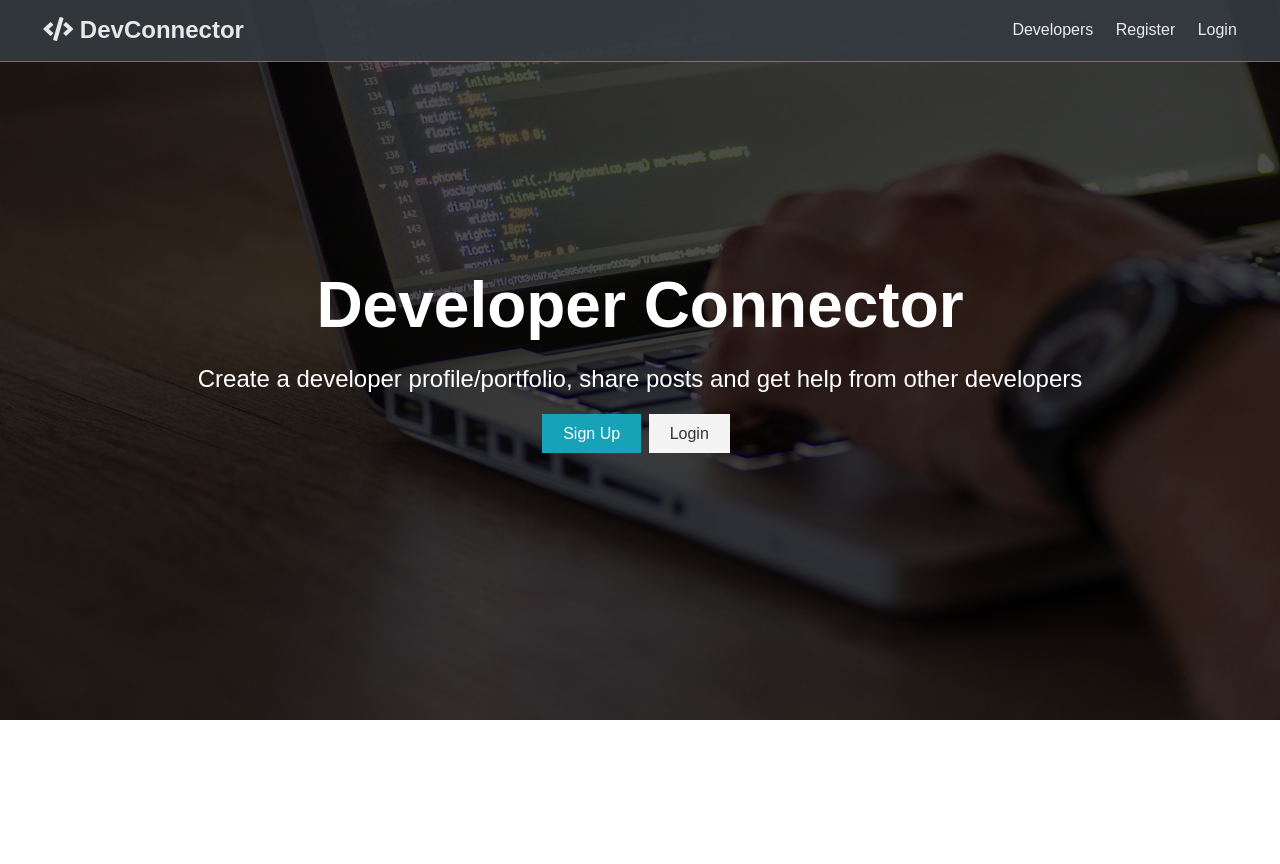
Repository: ErikBaer/devConnector
Page: / (app in client/)
The author's editor kept a copy of each file at every save. The page is drawn from the files as they stood at one save, then again after the next save.
The browser window is 1280 px wide. The pictures show the whole page.
The page's requests for data from a server got no answer. Some web libraries are served in a nearby version. The project was rebuilt for these pictures with package versions that can differ from the ones it lists, and the page was loaded fresh each time. No one was signed in, and anything a server would have sent is missing. Also part of the build but not shown: client/src/components/auth/Register.js, client/src/components/auth/Login.js, client/src/components/layout/Alert.js, client/src/components/layout/Spinner.js, client/src/actions/profile.js, client/src/components/dashboard/DashboardActions.js, client/src/components/dashboard/Experience.js, client/src/components/dashboard/Education.js and 19 more. Imported but missing from the stored project, and not drawn on this page: client/src/components/profiles/ProfileItem.

Above is the page before, as saved 2020-04-20 18:03:44.

After the next save:
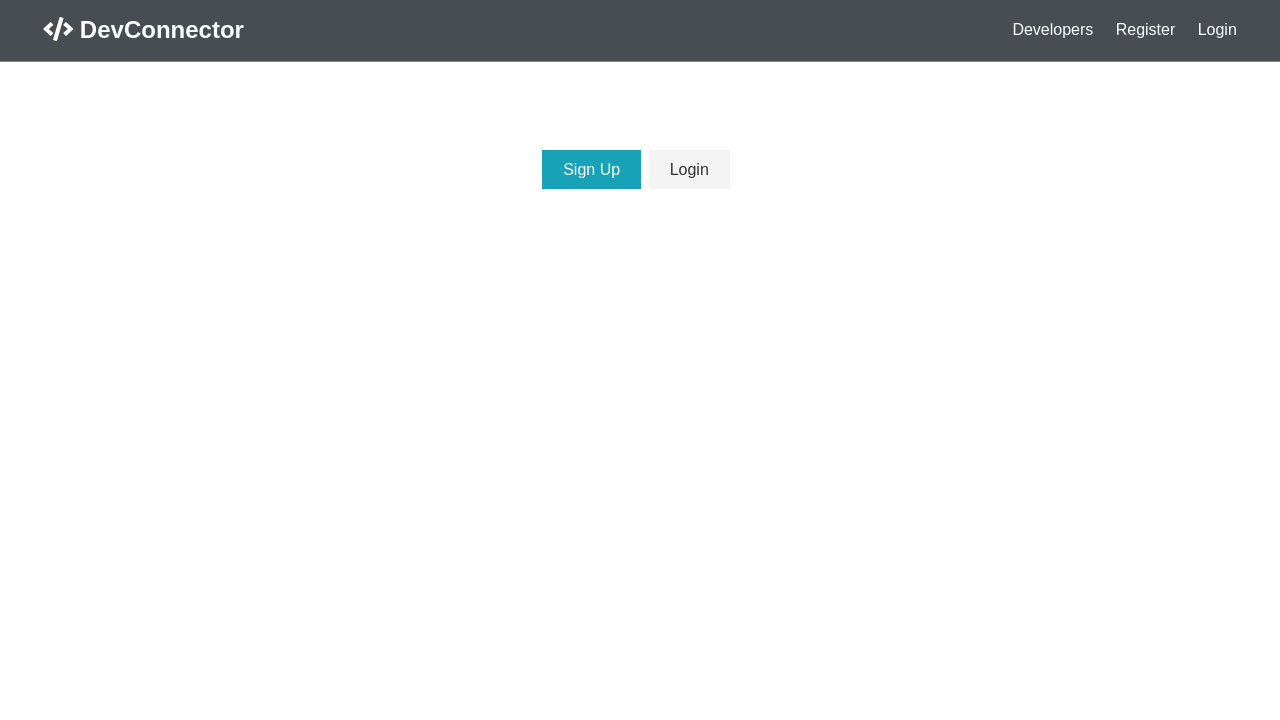
Saved 3 min 23 s later.
--- a/client/src/App.css
+++ b/client/src/App.css
@@ -335,7 +335,7 @@
 .landing {
   position: relative;
   background: url('./img/showcase.jpg') no-repeat center center/cover;
-  height: 100vh;
+  height: 100$;
 }
 
 .landing-inner {

After the 2 saves that followed:
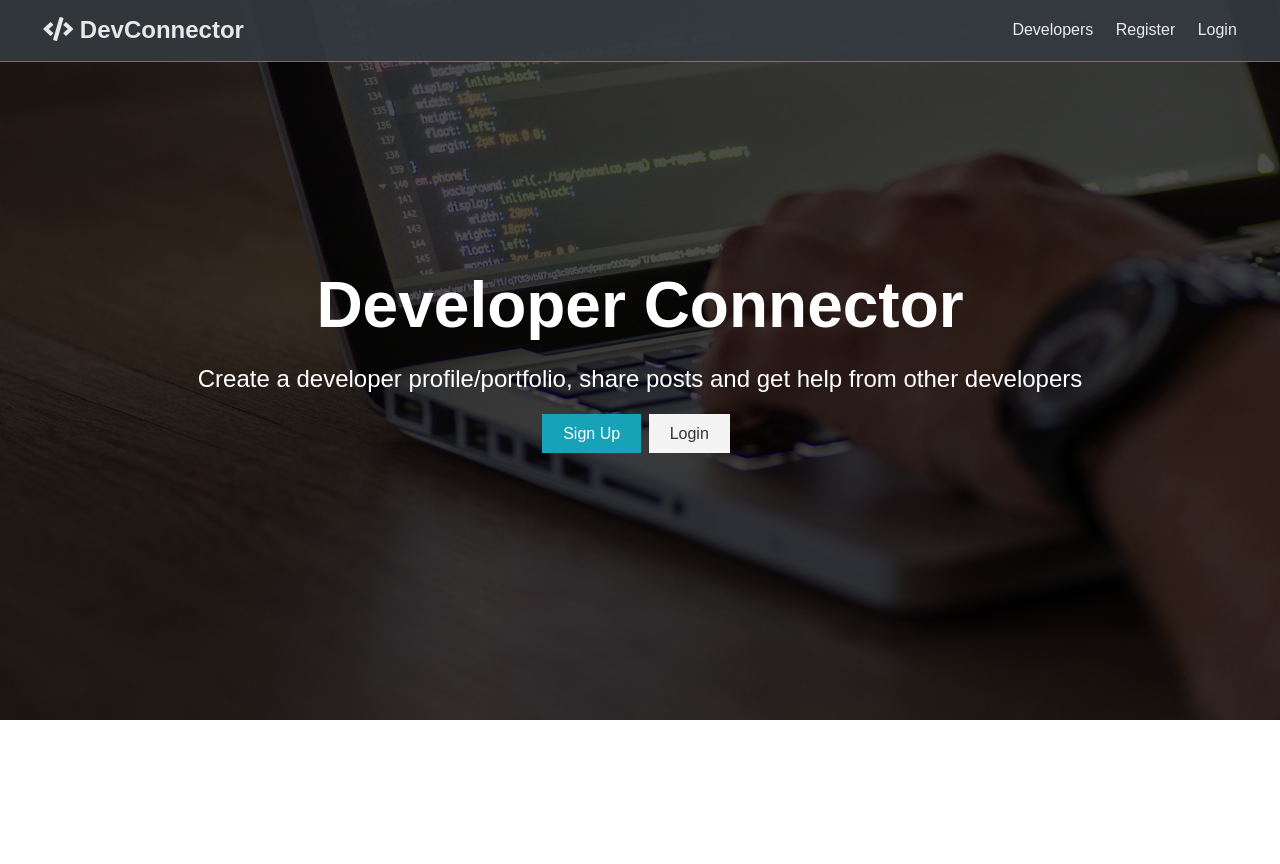
The 2 saves are shown as one change because 1 left the picture as it was.
The last was saved 14 s later.
--- a/client/src/App.css
+++ b/client/src/App.css
@@ -335,7 +335,7 @@
 .landing {
   position: relative;
   background: url('./img/showcase.jpg') no-repeat center center/cover;
-  height: 100$;
+  height: 100vh;
 }
 
 .landing-inner {
